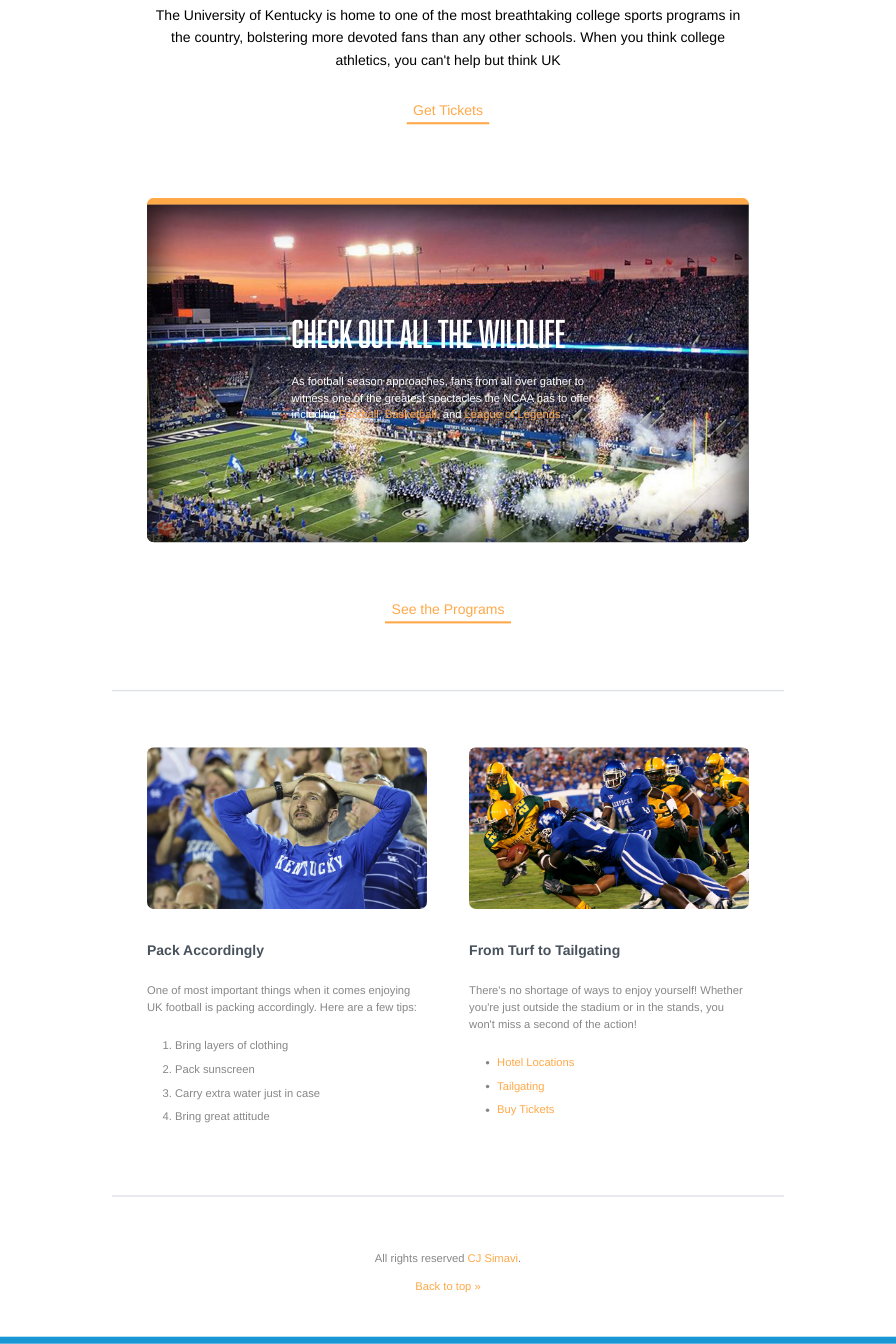
Repository: CalamityJayen/sportsball
Page: index.html
The author's editor kept a record of every edit. The page is drawn from the files as they stood at one moment, then again after the next edit.
The browser window is 1280 px wide. The pictures show the part of the page from y = 891 to 2811 px (the page is 2811 px tall before and 2801 px after), at 70% of full size.

Above is the page before.

### index.html
<!DOCTYPE html>
<html>
  <head>
    <title>Lake Tahoe</title>
    <link rel="stylesheet" href="css/style.css">
    <meta name="viewport" content="width=device-width">
  </head>
  <body>
    <header id="top" class="main-header">
      <span class="title">UK Art Musem Presents</span>
      <h1>Videos For A Stadium</h1>
      <img class="arrow" src="img/arrow.svg" alt="Down arrow">
    </header>

		<div class="primary-content t-border">
			<p class="intro">
				The University of Kentucky is home to one of the most breathtaking college sports programs in the country, bolstering more devoted fans than any other schools. When you think college athletics, you can't help but think UK
			</p>
			<a class="callout" href="#more">Get Tickets</a>

      <div class="wildlife">
        <h2>Check out all the Wildlife</h2>
        <p>
          As football season approaches, fans from all over gather to witness one of the greatest spectacles the NCAA has to offer including <a href="#beets">Football</a>, <a href="#bears">Basketball</a>, and <a href="#battlestarGalactica">League of Legends</a>.
        </p>
      </div><!-- End .wildlife -->

			<a class="callout" href="#wildlife">See the Programs</a>
		</div><!-- End .primary-content -->

		<div class="secondary-content t-border group">
      <div class="resorts">
        <img src="img/resort.jpg" alt="Resort">
        <h3>From Turf to Tailgating</h3>
        <p>
          There's no shortage of ways to enjoy yourself! Whether you're just outside the stadium or in the stands, you won't miss a second of the action!
        </p>
        <ul>
          <li><a href="#hotels">Hotel Locations</a></li>
          <li><a href="#tailgating">Tailgating</a></li>
          <li><a href="#tickets">Buy Tickets</a></li>
        </ul>
      </div>

      <div class="tips">
        <img src="img/mtn-landscape.jpg" alt="Mountain Landscape">
        <h3>Pack Accordingly</h3>
        <p>
          One of most important things when it comes enjoying UK football is packing accordingly. Here are a few tips:
        </p>
        <ol>
          <li>Bring layers of clothing</li>
          <li>Pack sunscreen</li>
          <li>Carry extra water just in case</li>
          <li>Bring great attitude</li>
        </ol>
      </div>
		</div><!-- End .secondary-content -->

		<footer class="main-footer">
			<p>All rights reserved <a href="#">CJ Simavi</a>.</p>
			<a href="#top">Back to top &raquo;</a>
		</footer>
  </body>
</html>

### css/style.css
/* Web Fonts -------------------- */

@font-face {
  font-family: 'Abolition Regular';
  src: url('../fonts/abolition-regular-webfont.eot');
  src: url('../fonts/abolition-regular-webfont.eot?#iefix') format('embedded-opentype'),
       url('../fonts/abolition-regular-webfont.woff') format('woff'),
       url('../fonts/abolition-regular-webfont.ttf') format('truetype');
}

/* Base Styles -------------------- */

* {
  box-sizing: border-box;
}

body {
  color: #878787;
  margin: 0;
  font: 1em/1.5 "Helvetica Neue", Helvetica, Arial, sans-serif;
}

h1,
h2 {
  font-family: 'Abolition Regular', Helvetica, Arial, sans-serif;
}

h1 {
  font-size: 5.625rem; /* 90px/16px  */
  text-transform: uppercase;
  font-weight: normal;
  line-height: 1.3;
  text-shadow: 0 1px 1px rgba(0,0,0,.8);
  margin: 12px 0 0;
}

h2 {
  font-size: 3.3125em; /* 53px/16px  */
  font-weight: normal;
  line-height: 1.1;
  margin: 0 0 .5em; /* 0 0 26px */
}

h3 {
  font-size: 1.25em; /* 20px/16px  */
  color: #48525c;
  line-height: 1.2;
  margin-bottom: 1.7em; /* 34px */
}

img {
  max-width: 100%;
  margin-bottom: 20px;
  border-radius: 10px;
}

ul,
ol {
  margin: 30px 0;
}

li {
  margin-bottom: 10px;
}

/* Pseudo-classes ------------------ */

a:link {
  color: rgb(255, 169, 73);
  text-decoration: none;
}

a:visited {
  color: lightblue;
}

a:hover {
  color: rgba(255, 169, 73, .4);
}

a:active {
  color: lightcoral;
}

/* Main Styles --------------------- */

.main-header {
  padding-top: 170px;
  height: 850px;
  background: linear-gradient(#1897d4, transparent 90%),
              linear-gradient(0deg, #fff, transparent),
              ##1897d4 url('../img/mountains.jpg') no-repeat center;
  background-size: cover;
  color: white;
}

.title {
  font-size: 1.625rem; /* 26px/16px */
  letter-spacing: .065em;
  font-weight: 200;
  border-bottom: 2px solid;
  padding-bottom: 10px;
}

.intro {
  font-size: 1.25em; /* 20px/16px */
  line-height: 1.6;
  color: initial;
}

.primary-content,
.main-header,
.main-footer {
  text-align: center;
}

.primary-content {
	padding-top: 25px;
  padding-bottom: 95px;
}

.secondary-content {
	padding-top: 80px;
	padding-bottom: 70px;
  border-bottom: 2px solid #dfe2e6;
}

.callout {
  font-size: 1.25em;
  border-bottom: 3px solid;
  padding: 0 9px 3px;
  margin-top: 20px;
  display: inline-block;
}

.main-footer {
  padding-top: 60px;
  padding-bottom: 60px;
  border-bottom: 10px solid #1897d4;
}

.t-border {
  border-top: 2px solid #dfe2e6;
}

/* Layout Styles ------------------ */

.primary-content,
.secondary-content {
  width: 75%;
  padding-left: 50px;
  padding-right: 50px;
  margin: auto;
  max-width: 960px;
}

.wildlife {
  color: white;
  text-align: left;
  padding: 18% 24%;
  border-top: 10px solid #ffa949;
  margin: 105px 0 60px;
  background: #434a52 url('../img/bear.jpg') no-repeat center;
  background-size: cover;
  box-shadow: inset 0 0 50px 10px rgba(0,0,0, .8);
  border-radius: 10px;
}

.arrow {
  width: 50px;
  margin-top: 150px;
}

/* Floated Columns ------------------ */

.resorts,
.tips {
  width: 46.5%;
}

.tips {
  float: left;
}

.resorts {
  float: right;
}

/* Float Clearfix ------------------ */

.group:after {
  content: "";
  display: table;
  clear: both;
}

/* Media Queries -------------------- */

@media (max-width: 1024px) {
  .primary-content,
  .secondary-content {
    width: 90%;
  }
  .wildlife {
    padding: 10% 12%;
    margin: 50px 0 20px;
  }
}

@media (max-width: 768px) {
  .primary-content,
  .secondary-content {
    width: 100%;
    padding: 20px;
    border-top: none;
  }
  .main-header {
    max-height: 380px;
    padding: 50px 25px 0;
  }
  .title {
    font-size: 1.3rem;
    border: none;
  }
  h1 {
    font-size: 5rem;
    line-height: 1.1;
  }
  .arrow {
    display: none;
  }
  .intro {
    font-size: 1rem;
  }
  .resorts,
  .tips {
    float: none;
    width: 100%;
  }
  .main-footer {
    padding: 20px 0;
  }
}

After the next edit:
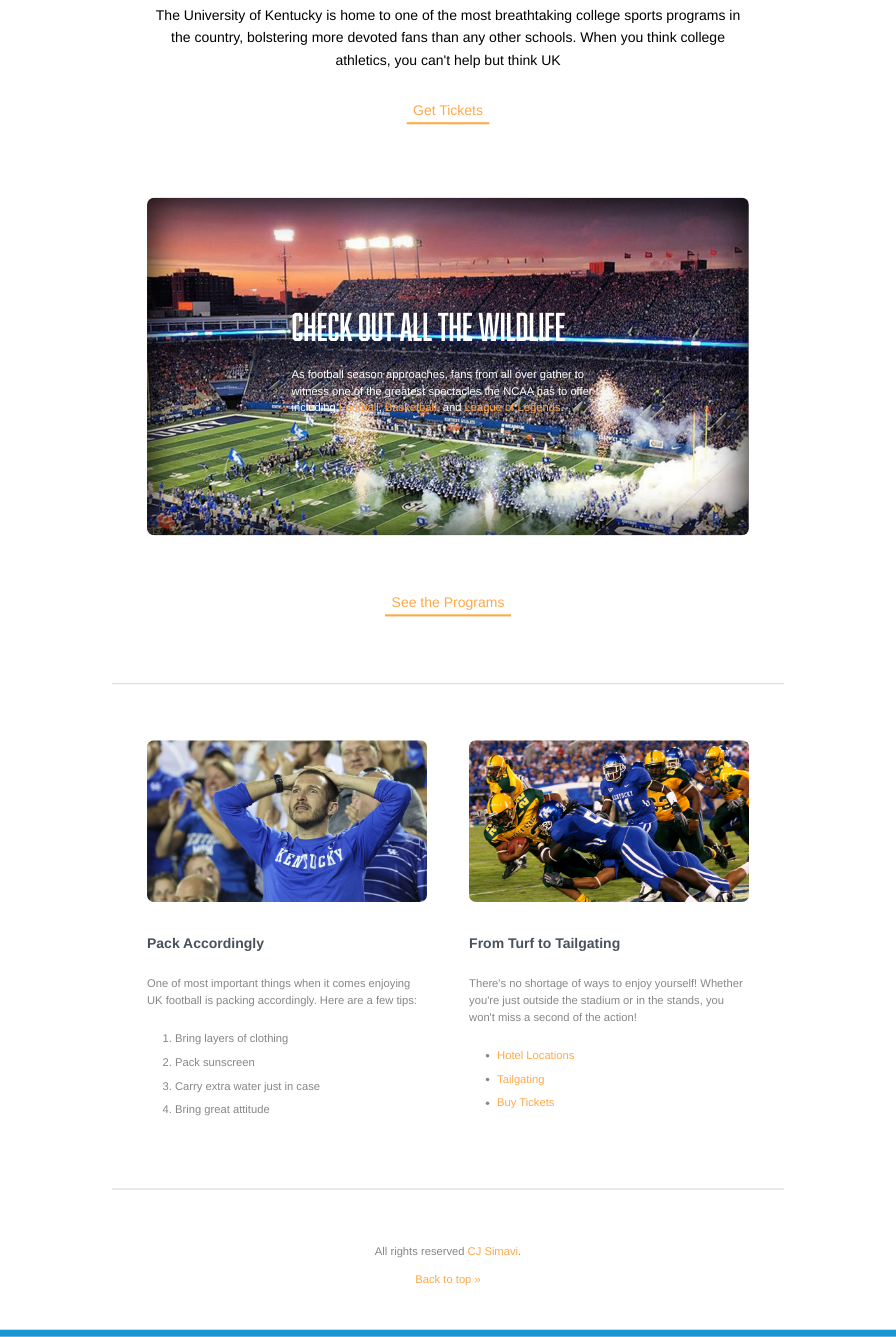
The edit:
--- a/css/style.css
+++ b/css/style.css
@@ -158,7 +158,7 @@
   color: white;
   text-align: left;
   padding: 18% 24%;
-  border-top: 10px solid #ffa949;
+  border-top: 10px solid ##1897d4;
   margin: 105px 0 60px;
   background: #434a52 url('../img/bear.jpg') no-repeat center;
   background-size: cover;
